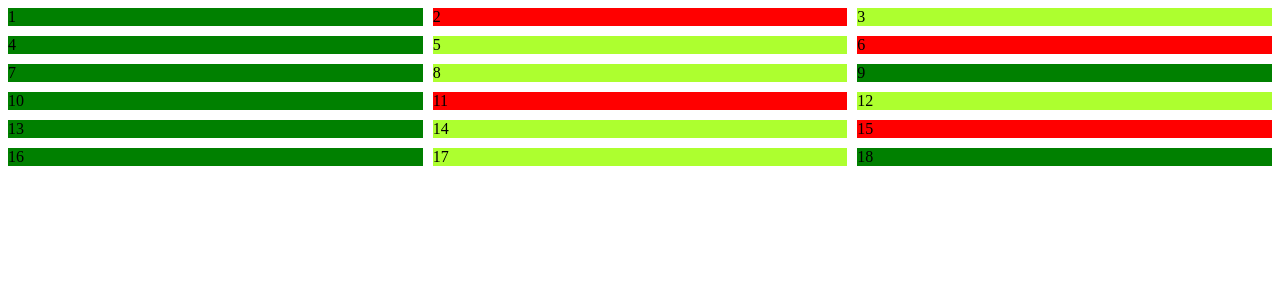
Repository: motiejus1/09-paskaita-05.31
Page: index.html
An editor plug-in stored every save of this project. The page is shown before and after the next save, followed by the edit.
The browser window is 1280 px wide. The pictures show the whole page.

Above is the page before, as saved 2021-06-15 18:59:36.

### index.html
<!DOCTYPE html>
<html lang="en">
<head>
    <meta charset="UTF-8">
    <meta http-equiv="X-UA-Compatible" content="IE=edge">
    <meta name="viewport" content="width=device-width, initial-scale=1.0">
    <title>9 paskaita</title>
    <style>
        .grid-container {
            display: grid;
            grid-template-columns: auto auto auto;
            grid-column-gap: 10px ;
            grid-row-gap: 10px ;
        }

        .zalia {
            background-color: green;
        }

        .raudona {
            background-color: red;
        }

        .geltona {
            background: greenyellow;
        }

        .grid-item-1 {
            grid-column-start: 1 ;
            grid-column-end: ;
        }
    </style>
</head>
<body>
    <div class="grid-container">
        <div class="grid-item grid-item-1 zalia">1</div>
        <div class="grid-item grid-item-2 raudona">2</div>
        <div class="grid-item grid-item-3 geltona">3</div>
        <div class="grid-item grid-item-4 zalia">4</div>
        <div class="grid-item geltona">5</div>
        <div class="grid-item raudona">6</div>
        <div class="grid-item zalia">7</div>
        <div class="grid-item geltona">8</div>
        <div class="grid-item zalia">9</div>
        <div class="grid-item zalia">10</div>
        <div class="grid-item raudona">11</div>
        <div class="grid-item geltona">12</div>
        <div class="grid-item zalia">13</div>
        <div class="grid-item geltona">14</div>
        <div class="grid-item raudona">15</div>
        <div class="grid-item zalia">16</div>
        <div class="grid-item geltona">17</div>
        <div class="grid-item zalia">18</div>
    </div>

</body>
</html>

After the next save:
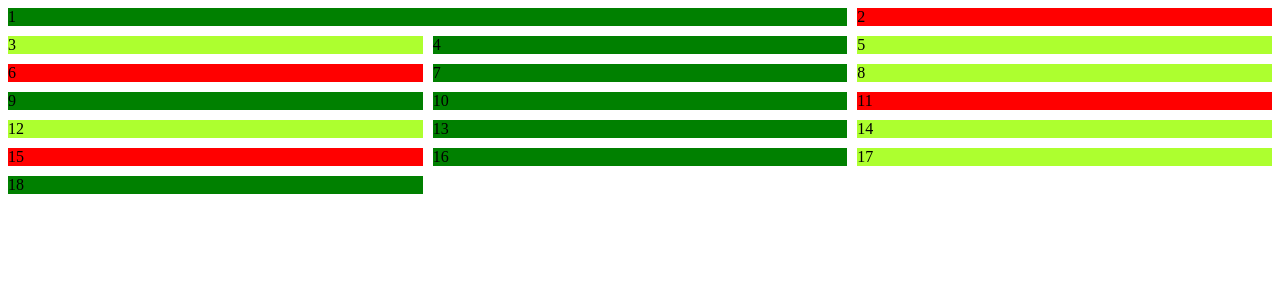
Saved 7 s later.
--- a/index.html
+++ b/index.html
@@ -27,7 +27,7 @@
 
         .grid-item-1 {
             grid-column-start: 1 ;
-            grid-column-end: ;
+            grid-column-end: 3 ;
         }
     </style>
 </head>
